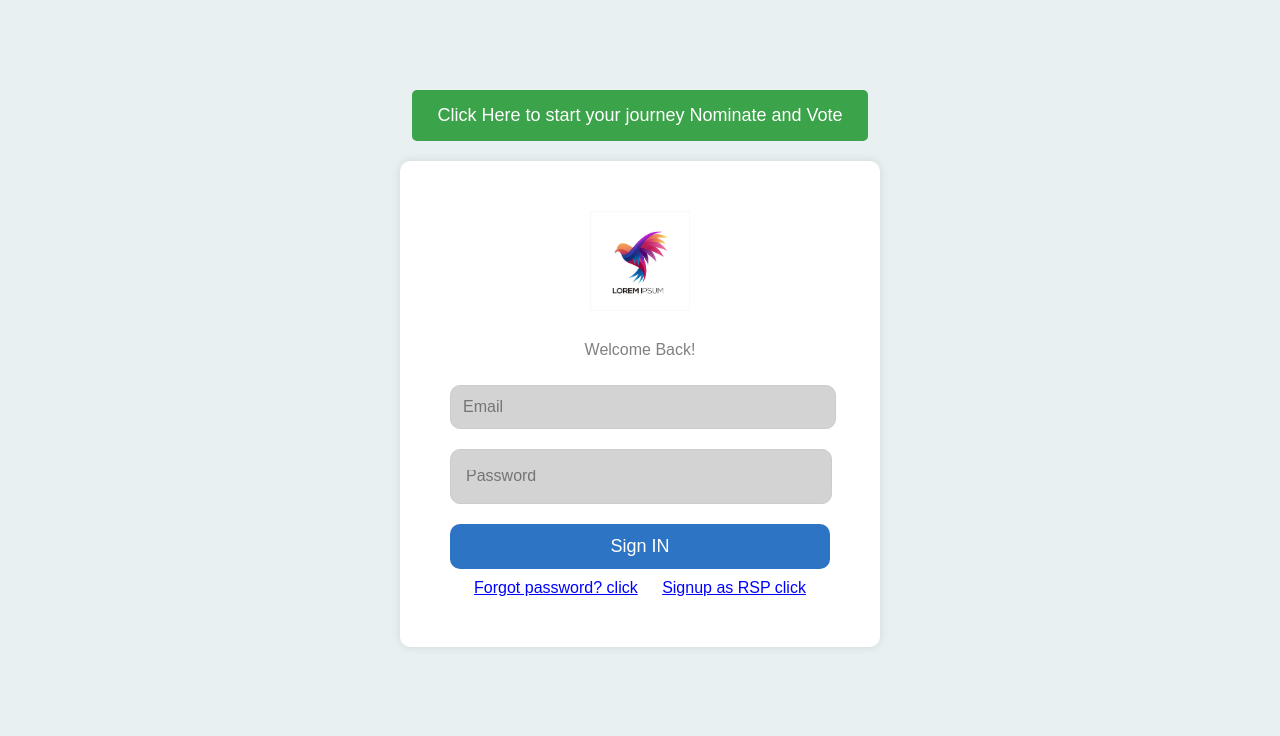
Repository: Femi007-gh/welcome
Page: index.html
The author's editor kept a copy of each file at every save. The page is drawn from the files as they stood at one save, then again after the next save.
The browser window is 1280 px wide. The pictures show the whole page.
Some web libraries are served in a nearby version.

Above is the page before, as saved 2025-03-10 18:19:26.

### index.html
<!DOCTYPE html>
<html lang="en">
<head>
    <meta charset="UTF-8">
    <meta name="viewport" content="width=device-width, initial-scale=1.0">
    <title>Login Page</title>
    <script src="https://kit.fontawesome.com/a076d05399.js" crossorigin="anonymous"></script>
    <style>
        body {
            font-family: Arial, sans-serif;
            background-color: #e8f0f2;
            display: flex;
            justify-content: center;
            align-items: center;
            height: 100vh;
            flex-direction: column;
        }
        .green-button {
            background-color: #3ba349;
            color: white;
            padding: 15px 25px;
            border: none;
            border-radius: 5px;
            cursor: pointer;
            margin-bottom: 20px;
            font-size: 18px;
        }
        .container {
            background-color: white;
            padding: 50px;
            border-radius: 10px;
            box-shadow: 0 0 10px rgba(0, 0, 0, 0.1);
            text-align: center;
            width: 380px;
        }
        .container img {
            width: 100px;
            margin-bottom: 10px;
        }
        p {
            color: gray;
        }
        input {
            width: calc(100% - 20px);
            padding: 12px;
            margin: 10px 0;
            border: 1px solid #ccc;
            border-radius: 10px;
            font-size: 16px;
            background: #d3d3d3;
        }
        .password-container {
            display: flex;
            align-items: center;
            background: #d3d3d3;
            border: 1px solid #ccc;
            border-radius: 10px;
            padding: 10px;
            width: calc(100% - 20px);
            margin: 10px 0;
        }
        .password-container input {
            border: none;
            outline: none;
            flex: 1;
            background: transparent;
            padding: 5px;
        }
        .password-container i {
            cursor: pointer;
            font-size: 18px;
            margin-left: 10px;
        }
        .sign-in-button {
            background-color: #2d74c4;
            color: white;
            padding: 12px;
            border: none;
            border-radius: 10px;
            cursor: pointer;
            width: 100%;
            font-size: 18px;
            margin-top: 10px;
        }
        .links {
            margin-top: 10px;
            font-size: 16px;
        }
        .links a {
            color: gray;
            text-decoration: none;
            margin: 0 10px;
        }
        .links a.underline {
            color: blue;
            text-decoration: underline;
        }
        .fit {
          height: 3px;
        }
    </style>
</head>
<body>
    <button class="green-button">Click Here to start your journey Nominate and Vote</button>
    <div class="container">
        <img src="Logo.jpg" alt="Nigerian Shippers Council Logo">
        <p>Welcome Back!</p>
        <input type="email" placeholder="Email" class="lit">
        <div class="password-container">
            <input type="password" placeholder="Password" class="fit">
        </div>
        <button class="sign-in-button">Sign IN</button>
        <div class="links">
            <a href="#" class="underline">Forgot password? click</a>
            <a href="#" class="underline">Signup as RSP click</a>
        </div>
    </div>
</body>
</html>

After the next save:
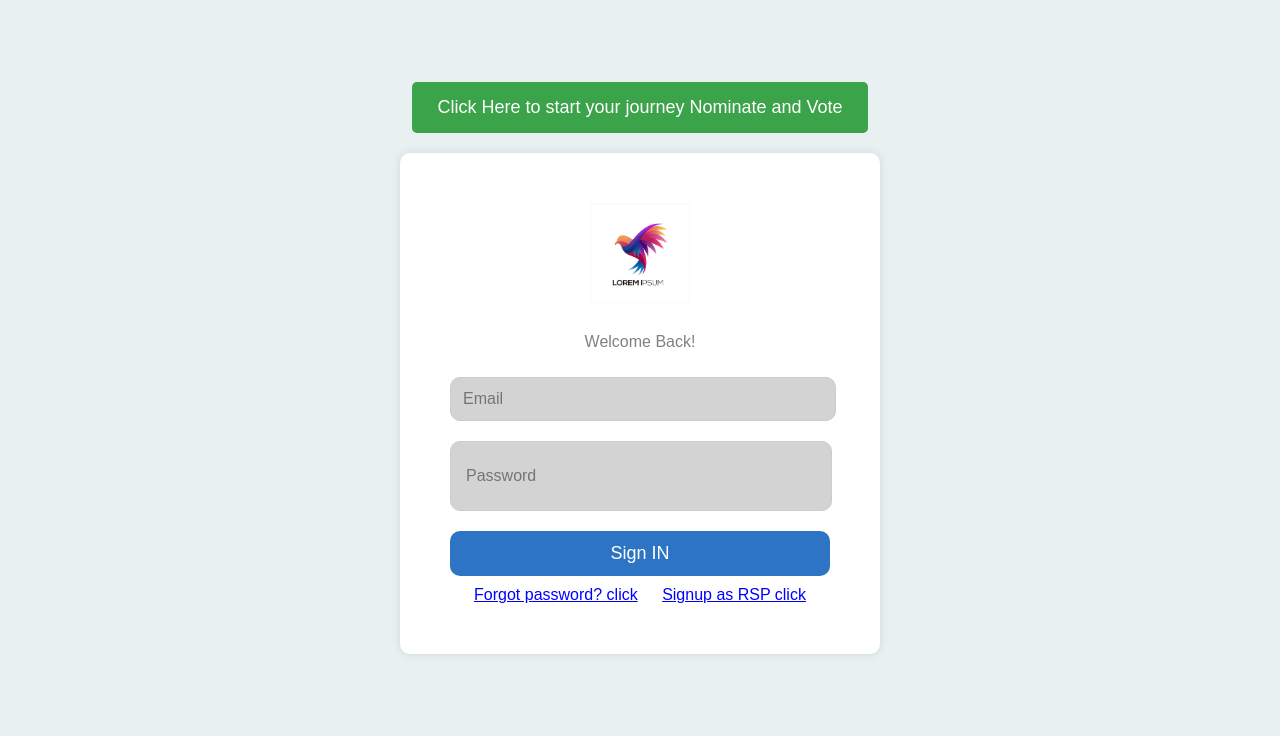
Saved 8 s later.
--- a/index.html
+++ b/index.html
@@ -96,7 +96,7 @@
             text-decoration: underline;
         }
         .fit {
-          height: 3px;
+          height: -3px;
         }
     </style>
 </head>

After the 4 saves that followed:
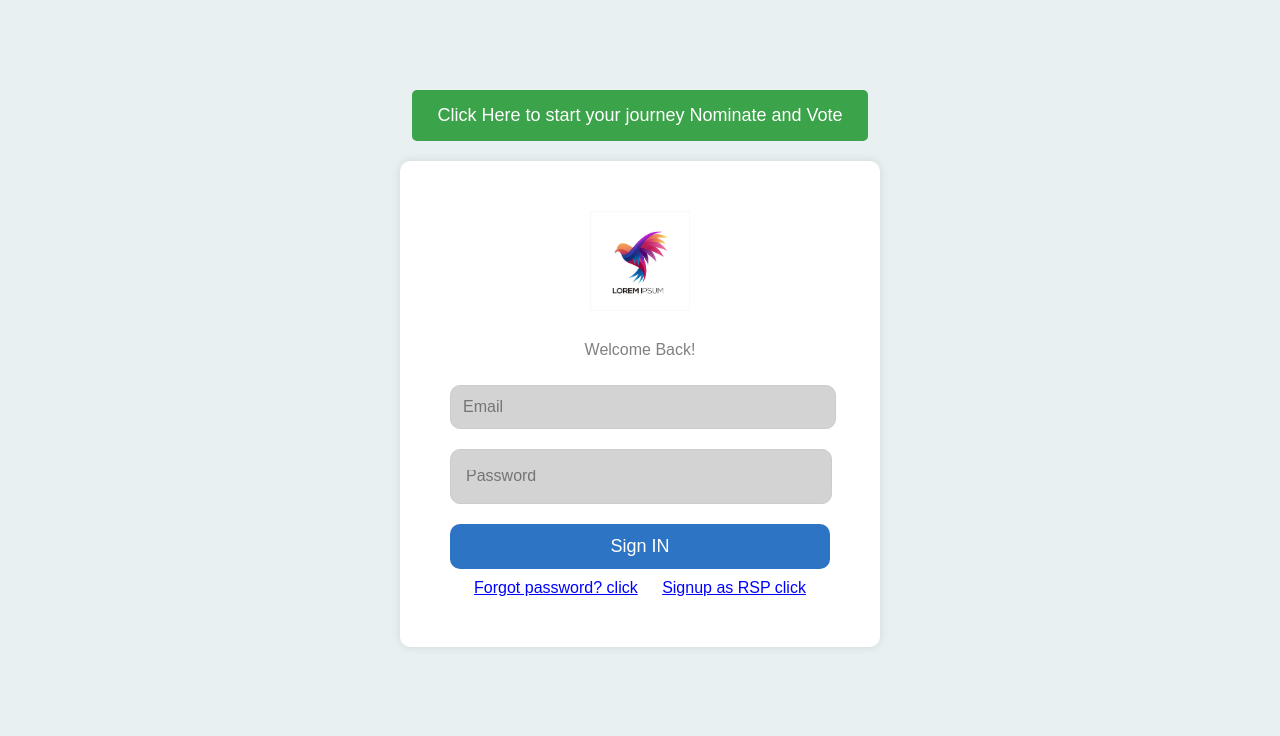
The 4 saves are shown as one change because 2 left the picture as it was and some came seconds apart.
The last was saved 22 s later.
--- a/index.html
+++ b/index.html
@@ -96,7 +96,7 @@
             text-decoration: underline;
         }
         .fit {
-          height: -3px;
+          height: 3px;
         }
     </style>
 </head>
